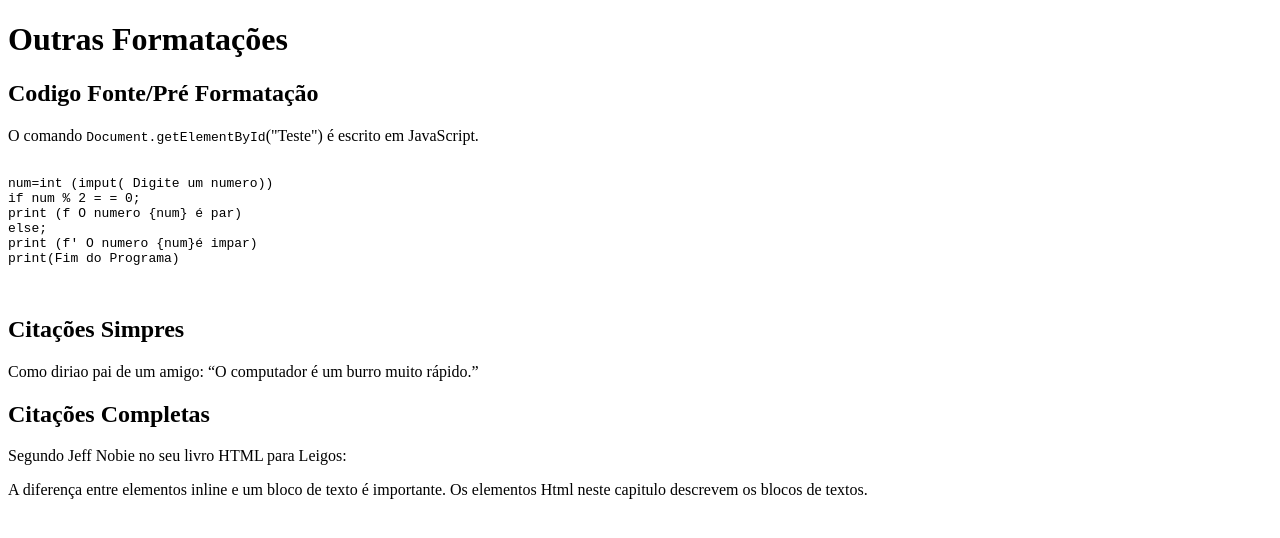
Repository: Guillermomarcon/exercicios
Page: ex009/index.html
These files come from the project's save history. The page is drawn as it stood at one moment and after a run of saves; the edit follows.
The browser window is 1280 px wide. The pictures show the whole page.

Above is the page before, as saved 2020-12-10 01:51:13.

After the next 2 saves:
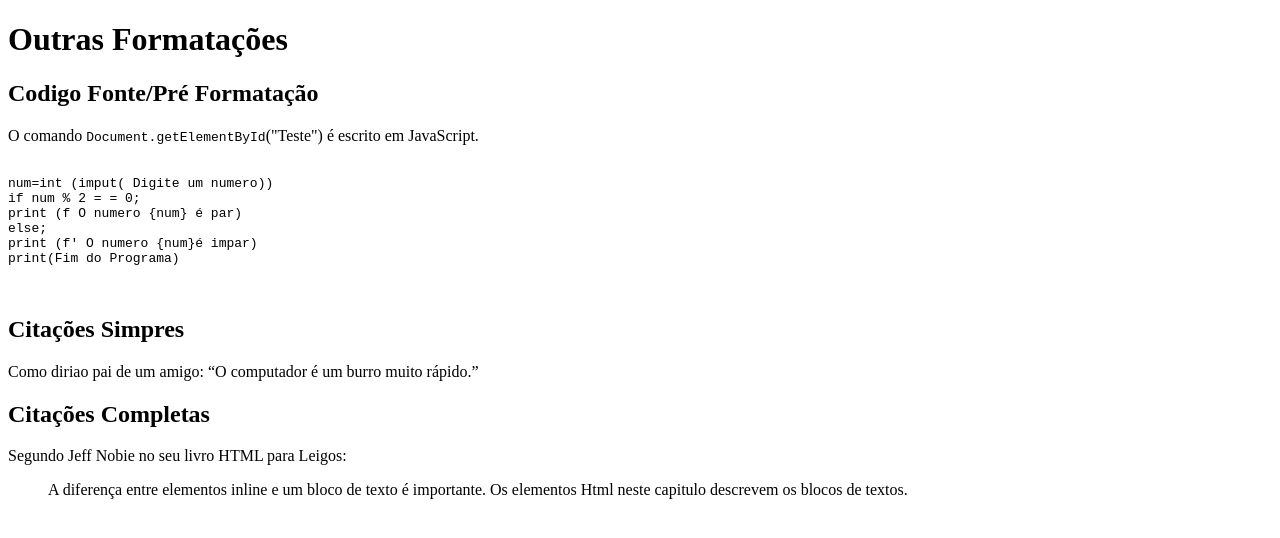
The 2 saves are shown as one change because they came seconds apart.
The last was saved 28 s later.
--- a/ex009/index.html
+++ b/ex009/index.html
@@ -27,9 +27,9 @@ print(Fim do Programa)
     <h2>Citações Completas</h2>
     <!---->
     <p>Segundo Jeff Nobie no seu livro HTML para Leigos: </p>
-    <blockquote=cite"https://books.google.com.br/books?id=E8ZtDwAAQBAJ&pg=PA17&dq=html&hl=pt-BR&sa=X&ved=2ahUKEwje6dfNzMLtAhVkH7kGHUShCXoQ6AEwAHoECAQQAg#v=onepage&q=html&f=false">
+    <blockquote cite"https://books.google.com.br/books?id=E8ZtDwAAQBAJ&pg=PA17&dq=html&hl=pt-BR&sa=X&ved=2ahUKEwje6dfNzMLtAhVkH7kGHUShCXoQ6AEwAHoECAQQAg#v=onepage&q=html&f=false">
         A diferença entre elementos inline e um bloco de texto é importante. Os elementos Html neste capitulo descrevem os blocos de textos.
-    </blockquote=cite>
+    </blockquote>
 
 
 
